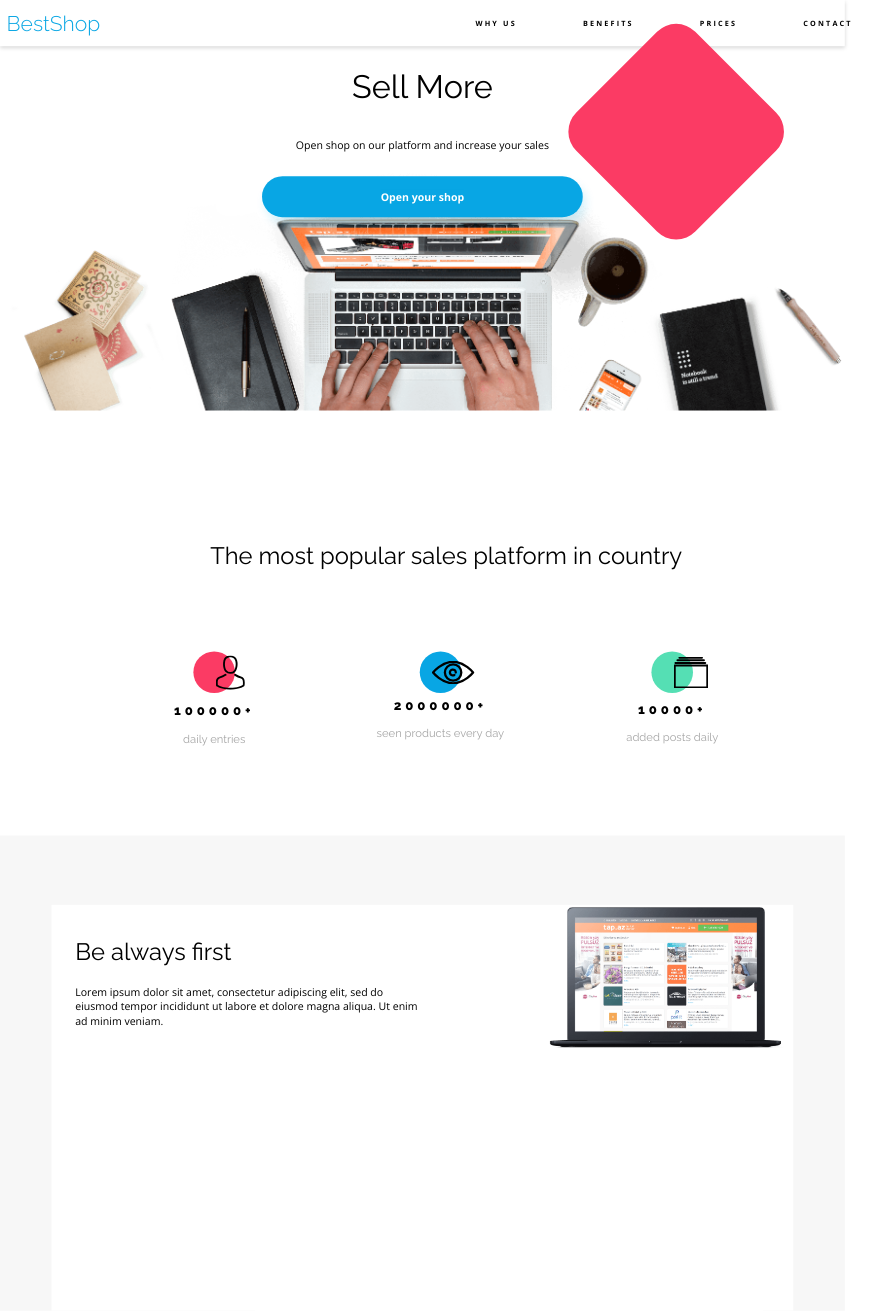
Repository: Widzisz/bestshop-website
Page: index.html
The author's editor kept a copy of each file at every save. The page is drawn from the files as they stood at one save, then again after the next save.
The browser window is 1280 px wide. The page is 1352 px wide, so the pictures cover 1352 px, including what lies to the right of the window. The pictures show the whole page, at 66% of full size.

Above is the page before, as saved 2021-03-19 21:04:32.

After the next save:
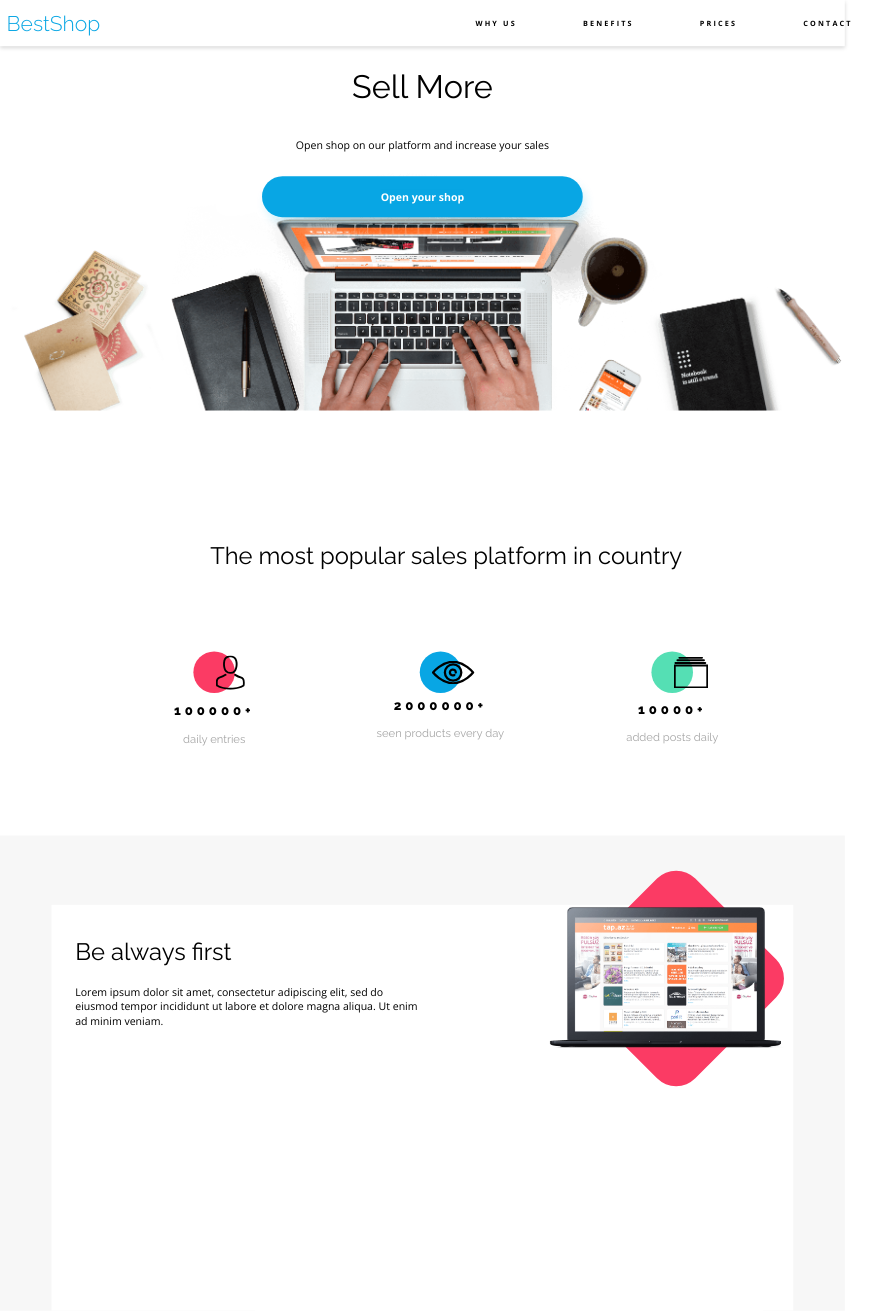
Saved 4 s later.
--- a/css/style.css
+++ b/css/style.css
@@ -297,7 +297,7 @@ body {
   border-radius: 41px;
   opacity: 1;
   transform: rotate(45deg);
-  position: absolute; right: 10%; top: 10%;
+  position: absolute; right: 10%;
   z-index: 0;
 }
 .text__rows {
